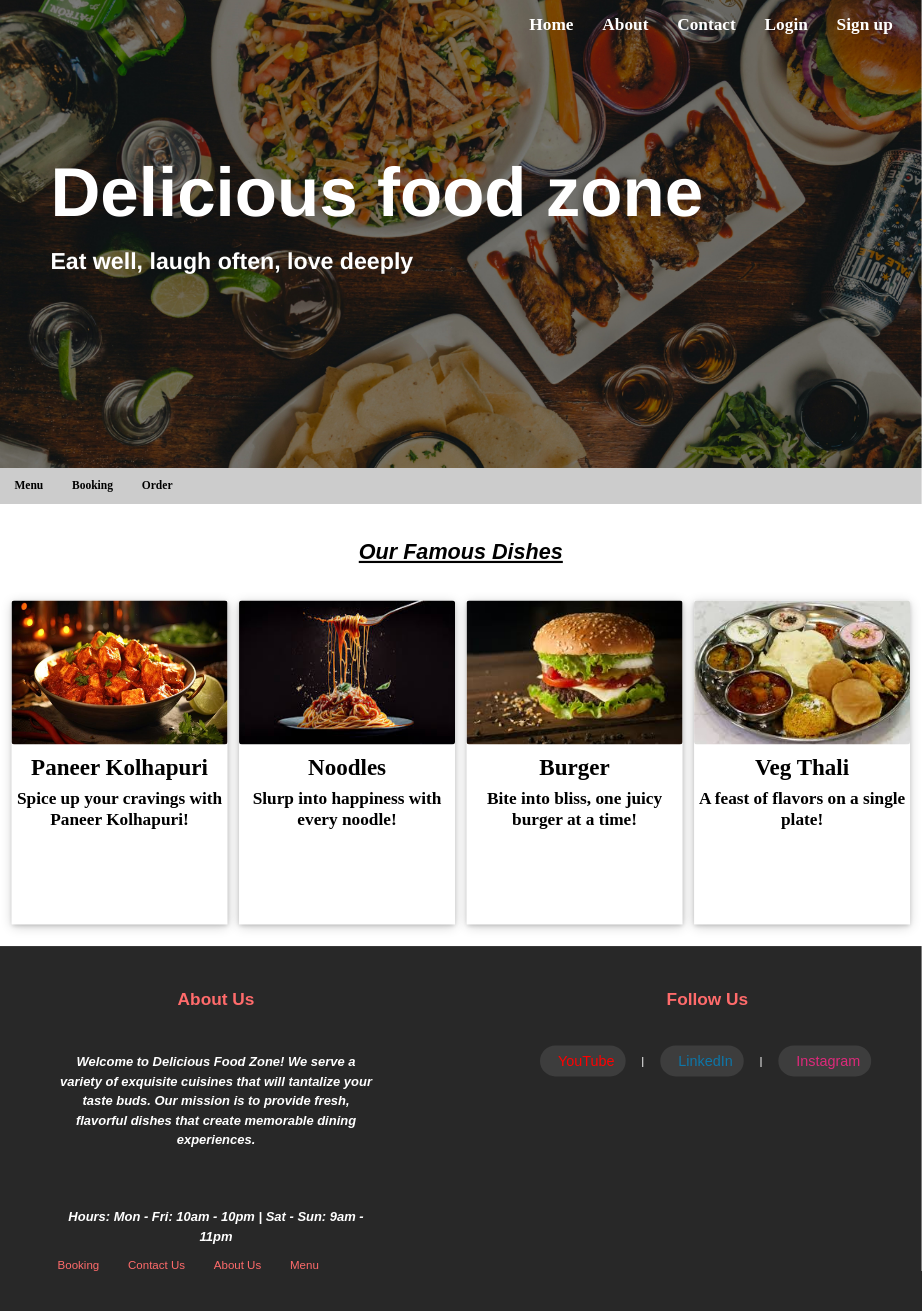
Repository: Shreya-Bonde/Restaurant-management-system
Page: index.html
An editor plug-in stored every save of this project. The page is shown before and after the next save, followed by the edit.
The browser window is 1280 px wide. The pictures show the whole page, at 72% of full size.

Above is the page before, as saved 2024-10-17 19:11:05.

### index.html
<!DOCTYPE html>
<html lang="en">
<head>
    <meta charset="UTF-8">
    <meta name="viewport" content="width=device-width, initial-scale=1.0">
    <title>Document</title>
    <link rel="stylesheet" href="style.css">
</head>
<body>
    <header>
        <div class="banner-container">
                <nav class="navbar">
                    <ul>
                        <li><a href="#home">Home</a></li>
                        <li><a href="/about.html">About</a></li>
                        <li><a href="/contact.html">Contact</a></li>
                        <li><a href="/login.html">Login</a></li>
                        <li><a href="#">Sign up</a></li>
                    </ul>
                </nav>
                <div class="centered-text">
                    <h1>Delicious food zone</h1>
                    <h6>Eat well, laugh often, love deeply</h6>
                </div>
         </div>
         <div class="nav-bar">
            <nav>
                <a class="menu-btn" href="#">Menu</a>
                <a class="menu-btn" href="#">Booking</a>
                <a class="menu-btn" href="#">Order</a>
            </nav>
         </div>
    </header>
        <p>Our Famous Dishes</p>
        <div class="Flex">
            <div class="flex-item fitem1">
                <img src="paneer kolhapuri.jpg" alt="">
                <h1>Paneer Kolhapuri</h1>
                <h2>Spice up your cravings with Paneer Kolhapuri!</h2>
            </div>
            <div class="flex-item fitem2">
                <img src="noodles1.jpg" alt="">
                <h1>Noodles</h1>
                <h2>Slurp into happiness with every noodle!</h2>
            </div>
            <div class="flex-item fitem3">
                <img src="burger.jpg" alt="">
                <h1>Burger</h1>
                <h2>Bite into bliss, one juicy burger at a time!</h2>
            </div>
            <div class="flex-item fitem4">
                <img src="veg thali.jpg" alt="">
                <h1>Veg Thali</h1>
                <h2>A feast of flavors on a single plate!</h2>
            </div>
        </div>


    <footer class="footer">
        <div class="footer-container">
            <div class="footer-about">
                <h2>About Us</h2>
                <p>
                    Welcome to Delicious Food Zone! We serve a variety of exquisite cuisines that will tantalize your taste buds. Our mission is to provide fresh, flavorful dishes that create memorable dining experiences.
                </p>
                <p>Hours: Mon - Fri: 10am - 10pm | Sat - Sun: 9am - 11pm</p>
            </div>



            <div class="footer-social">
                <h2>Follow Us</h2>
                <div class="social-icons">
                    <a href="https://www.facebook.com/yourrestaurant" target="_blank" aria-label="Facebook"><i class="fab fa-facebook-f"></i></a>
                    <a href="https://twitter.com/yourrestaurant" target="_blank" aria-label="Twitter"><i class="fab fa-twitter"></i></a>
                    <a href="https://www.instagram.com/yourrestaurant" target="_blank" aria-label="Instagram"><i class="fab fa-instagram"></i></a>
                    <a href="https://www.tripadvisor.com/Restaurant_Review-g1234567-d12345678-Your_Restaurant_Name" target="_blank" aria-label="TripAdvisor"><i class="fab fa-tripadvisor"></i></a>
                </div>

                <div class="sm-handle">
                    <a href="http://www.youtube.com/amandhattarwal" target="_blank" class="yt_handle"
                     rel="noopener noreferrer"> <i class="fa fa-youtube fa-lg yt_handle"></i>YouTube</a>&nbsp;&nbsp;|&nbsp;&nbsp;
                <a href="http://www.linkedin.com/in/dhatterwalaman" target="_blank" class="linkedin_handle"
                rel="noopener noreferrer"> <i class="fa fa-linkedin fa-lg linkedin_handle"></i>LinkedIn</a>&nbsp;&nbsp;|&nbsp;&nbsp;
                <a href="http://www.instagram.com/dhattarwalaman" target="_blank" class="insta_handle"
                 rel="noopener noreferrer"> <i class="fa fa-instagram fa-lg insta_handle"></i>Instagram</a>

                </div>
            </div>

            <div class="footer-links">
                <a href="menu.html">Menu</a>
                 <a href="about.html">About Us</a>
                 <a href="contact.html">Contact Us</a>
                 <a href="reservations.html">Booking</a>
            </div>
        </div>


        <!-- <div class="footer-bottom">
            <p>&copy; 2024 Delicious Food Zone. All rights reserved.</p>
        </div> -->
    </footer>

</body>
</html>

### style.css
* {
    box-sizing: border-box;
    margin: 0;
    padding: 0;
}
.banner-container {
    background-image: url(background1.jpg);
    background-repeat: no-repeat;
    background-size: cover;
    position: relative;
    width: 100%;
    height: 650px;
}
.navbar {
    position: absolute;
    top: 0;
    right: 0;
    padding: 20px;
}
.centered-text {
    position: absolute;
    top: 30%;
    left: 70px;
    color: white;
    line-height: 1.5;
    font-weight: bold;
    font-size: 3rem;
    font-family: 'Franklin Gothic Medium', 'Arial Narrow', Arial, sans-serif;
}
h6 {
    justify-content: center;
    margin-bottom: 20px;
}
nav ul {
    list-style-type: none;
    margin: 0;
    padding: 0;
    display: flex;
    justify-content: right;
    font-size: 1.5rem;
}
nav ul li {
    margin: 0 20px;
}
nav ul li a {
    color: white;
    text-decoration: none;
    font-weight: bold;
}
nav ul li a:hover {
    text-decoration: underline;
}
.nav-bar {
    display: flex;
    background-color: #ccc;
    height: 50px;
    background-attachment: fixed;
}
.menu-btn {
    display: block;
    float: left;
    color: black;
    text-align: center;
    text-decoration: none;
    padding: 15px 20px;
    position: sticky;
    font-weight: bold;
}
.menu-btn:hover {
    background-color: #ddd;
    color: black;
}
.Flex {
    width: 100%;
    display: flex;
    flex-wrap: wrap;
    box-sizing: gray;
    align-items: center;
    justify-content: space-evenly;
}
.flex-item {
    box-shadow: 0 2px 6px 0 rgba(0,0,0,0.2), 0 4px 16px 0 rgba(0,0,0,0.2);
    margin: 0;
    padding: 0;
}
.flex-item img {
 width: 100%;
 object-fit: fill;
}
.flex-item {
    margin-top: 20px;
    margin-bottom: 30px;
    display: inline-block;
    background-color: white;
    width: 300px;
    height: 450px;
    text-align: center;
}
.flex-item:hover {
    transform: scale(1.05);
}
img {
    width: 100%;
    height: 200px;
    object-fit: fill;
    border-radius: 4px;
}
p {
    text-align: center;
    font-size: 30px;
    font-weight: bold;
    font-style: oblique;
    font-family: Arial, Helvetica, sans-serif;
    padding: 50px 20px 30px;
    text-decoration: underline;
}
.flex-item h2 {
    line-height: 1.2;
}
.flex-item h1 {
    padding-top: 10px;
    padding-bottom: 10px;
}

footer {
    background-color: #282828;
    color: #fff;
    padding: 40px 20px;
    text-align: center;
    font-family: 'Arial', sans-serif;
}

.footer-container {
    display: flex;
    position: relative;
    justify-content: space-between;
    flex-wrap: wrap;
    max-width: 1200px;
    margin: 0 auto;
    padding: 20px;
}

.footer-about,
.footer-links,
.footer-social {
    flex: 1;
    min-width: 250px;
}

.footer-about h2,
.footer-links h2,
.footer-social h2 {
    color: #ff6b6b;
    margin-bottom: 10px;
}

.footer-about p {
    text-decoration: none;
    line-height: 1.5;
    font-size: 18px;
    margin: 0;
}
.footer-links {
    position: absolute;
    bottom: 0;
    left: 0;
    margin-top: 0px; /* Add some space above the links */
    padding-left: 20px;
}

.footer-links a {
    display: inline-block;
    float: right;
    color: white;
    text-align: center;
    text-decoration: none;
    padding: 15px 20px;
    position: sticky;
    color: #ff6b6b;
    text-decoration: none;
    transition: color 0.3s ease;
}

.footer-links a:hover {
    color: #fff;
}
/* .footer-links a { */
    /* display: inline-block; */
    /* margin-right: 10px; Spacing between the links */
    /* text-decoration: none; */
    /* color: #333; You can change the color if needed */
/* } */

/* .footer-links a:hover { */
    /* color: #007BFF; Hover effect on links */
/* } */
.footer-social {
    margin-left: 200px; /* Adjust this value to shift further or less */
}
.footer-social .social-icons {
    display: flex;
    justify-content: center;
    margin-top: 10px;
}
.footer-social h2 {
    margin-bottom: 35px;
    margin-left: 5px; /* Adjust this value to control the shift */
}
.footer-social .social-icons a {
    color: #ff6b6b;
    margin-left: 10px;
    font-size: 24px;
    transition: color 0.3s ease;
}

.footer-social .social-icons a:hover {
    color: #fff;
}
.sm-handle {
    display: flex;          /* Use flexbox to align items horizontally */
    flex-wrap: nowrap;      /* Prevent items from wrapping to the next line */
    justify-content: space-between; /* Add space between items */
    align-items: center;    /* Center them vertically */
    margin-top: 10px;       /* Add some space above the sm-handle */
}
.sm-handle a {
    background-color: rgb(125 125 125 / 25%);
    padding: 10px 15px;
    border-radius: 30px;
    margin: 5px 10px;
    text-decoration: none;
    font-size: 1.25em;
}

.sm-handle a:hover {
    background-color: rgb(30 30 30 / 25%);
}

.sm-handle a i {
    margin: 5px;
}
.yt_handle {
    color: #FF0000;
}

  .linkedin_handle {
    color: #0e76a8;
}

.insta_handle {
    color: #dd2a7b;
}

.footer-bottom {
    margin-top: 20px;
    font-size: 10px;
    color: #ccc;
}

After the next save:
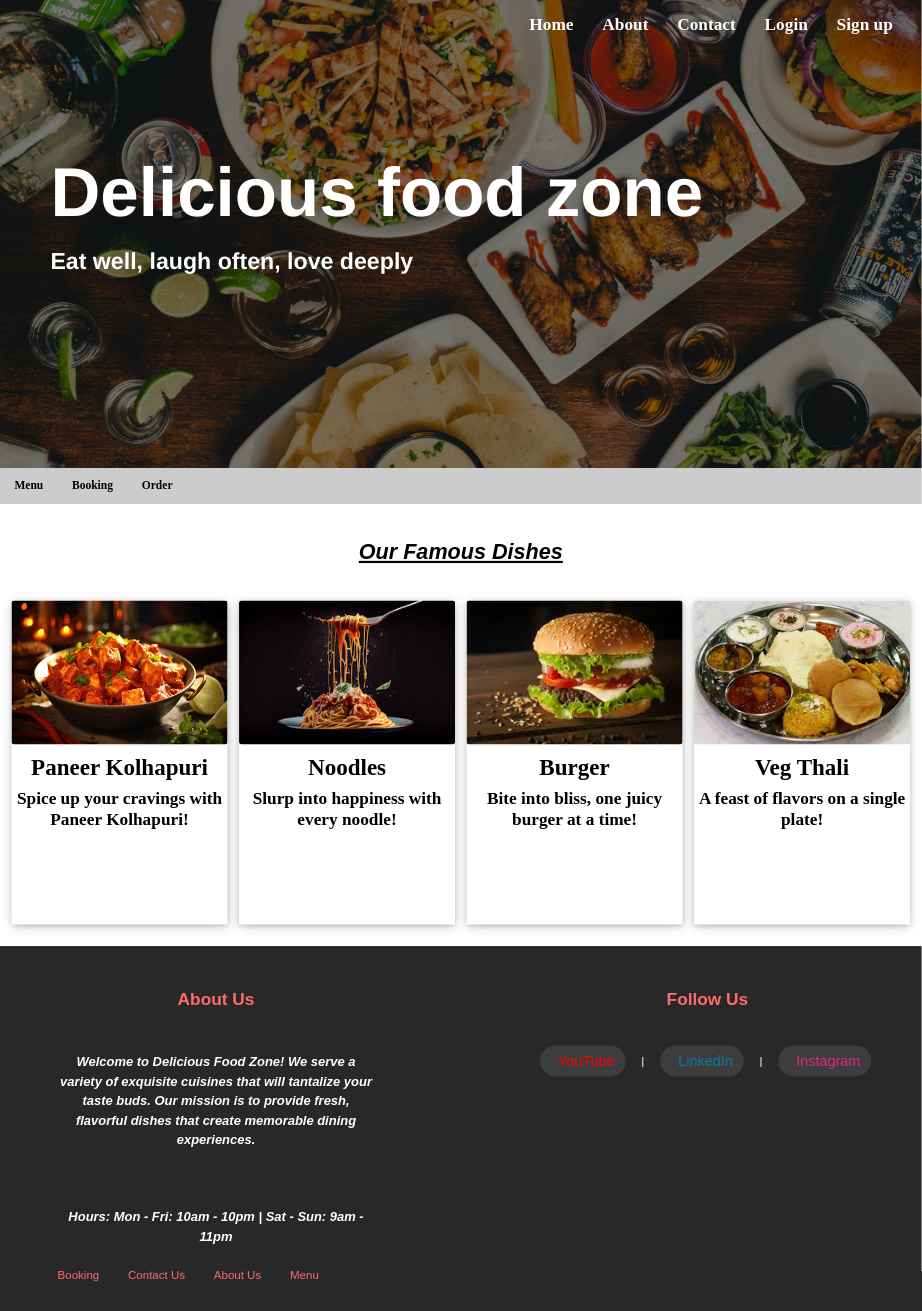
Saved 7 s later.
--- a/style.css
+++ b/style.css
@@ -174,7 +174,7 @@ footer {
     color: white;
     text-align: center;
     text-decoration: none;
-    padding: 15px 20px;
+    padding: 1px 20px;
     position: sticky;
     color: #ff6b6b;
     text-decoration: none;
